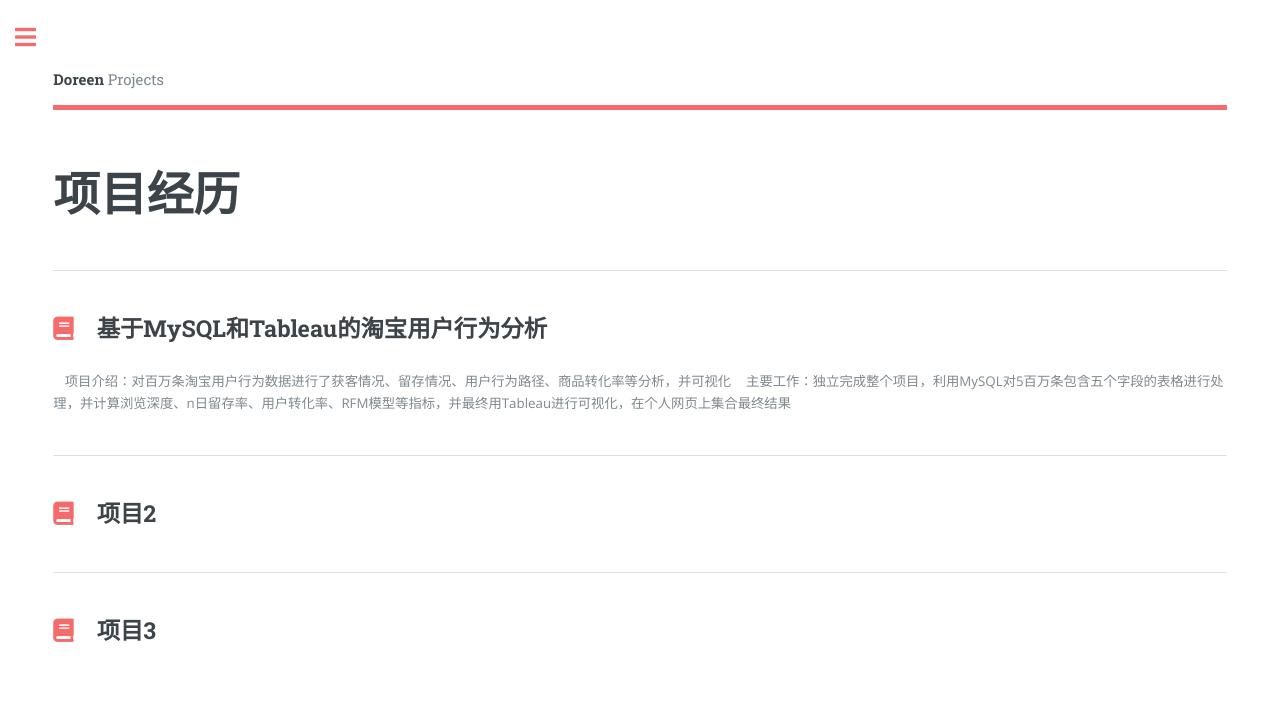
Repository: Hpz3859/Hpz3859.github.io
Page: projects.html
The author's editor kept a copy of each file at every save. The page is drawn from the files as they stood at one save, then again after the next save.
The browser window is 1280 px wide. The pictures show the whole page.

Above is the page before, as saved 2025-03-31 15:00:26.

After the next save:
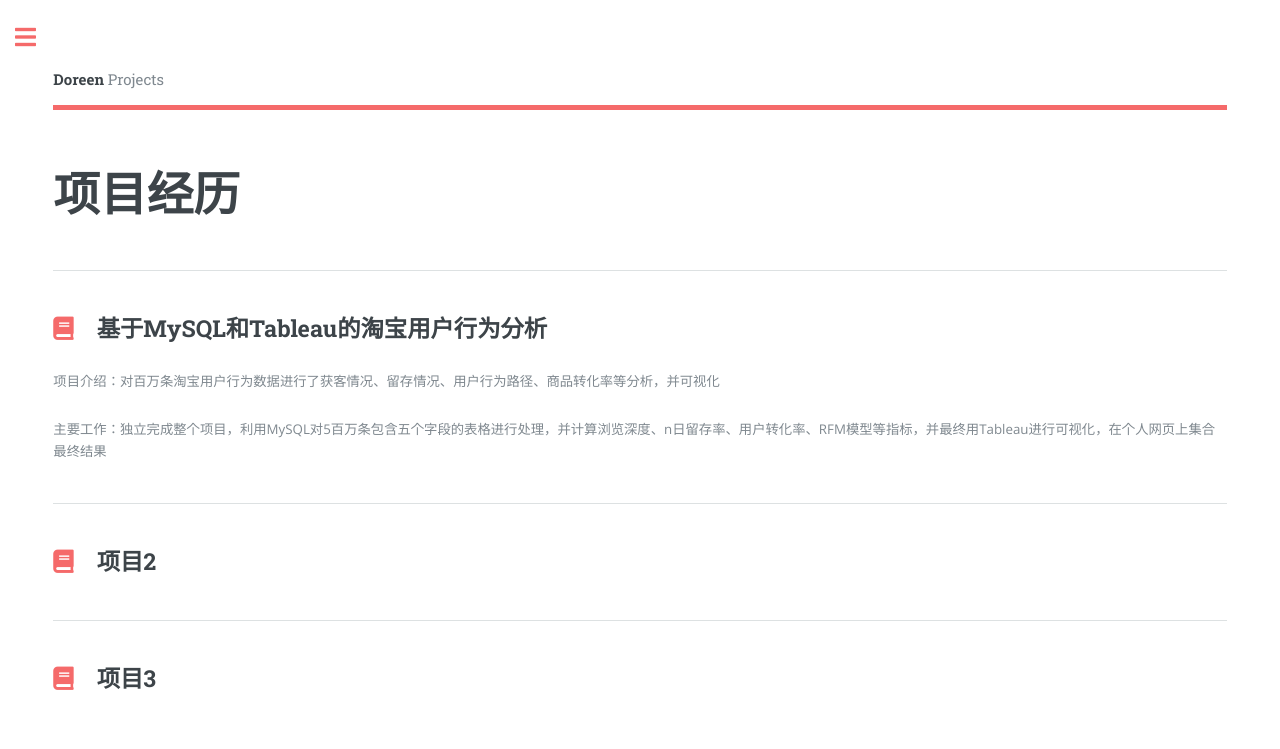
Saved 42 s later.
--- a/projects.html
+++ b/projects.html
@@ -48,9 +48,8 @@
 											&nbsp;&nbsp;
 											<a href="MySQL_practice1.html" class="logo">基于MySQL和Tableau的淘宝用户行为分析</a>
 										</h2>
-										<p>	项目介绍：对百万条淘宝用户行为数据进行了获客情况、留存情况、用户行为路径、商品转化率等分析，并可视化
-												主要工作：独立完成整个项目，利用MySQL对5百万条包含五个字段的表格进行处理，并计算浏览深度、n日留存率、用户转化率、RFM模型等指标，并最终用Tableau进行可视化，在个人网页上集合最终结果
-											</p>
+										<p>项目介绍：对百万条淘宝用户行为数据进行了获客情况、留存情况、用户行为路径、商品转化率等分析，并可视化</p>
+										<p>主要工作：独立完成整个项目，利用MySQL对5百万条包含五个字段的表格进行处理，并计算浏览深度、n日留存率、用户转化率、RFM模型等指标，并最终用Tableau进行可视化，在个人网页上集合最终结果</p>
 									</div>
 
 
